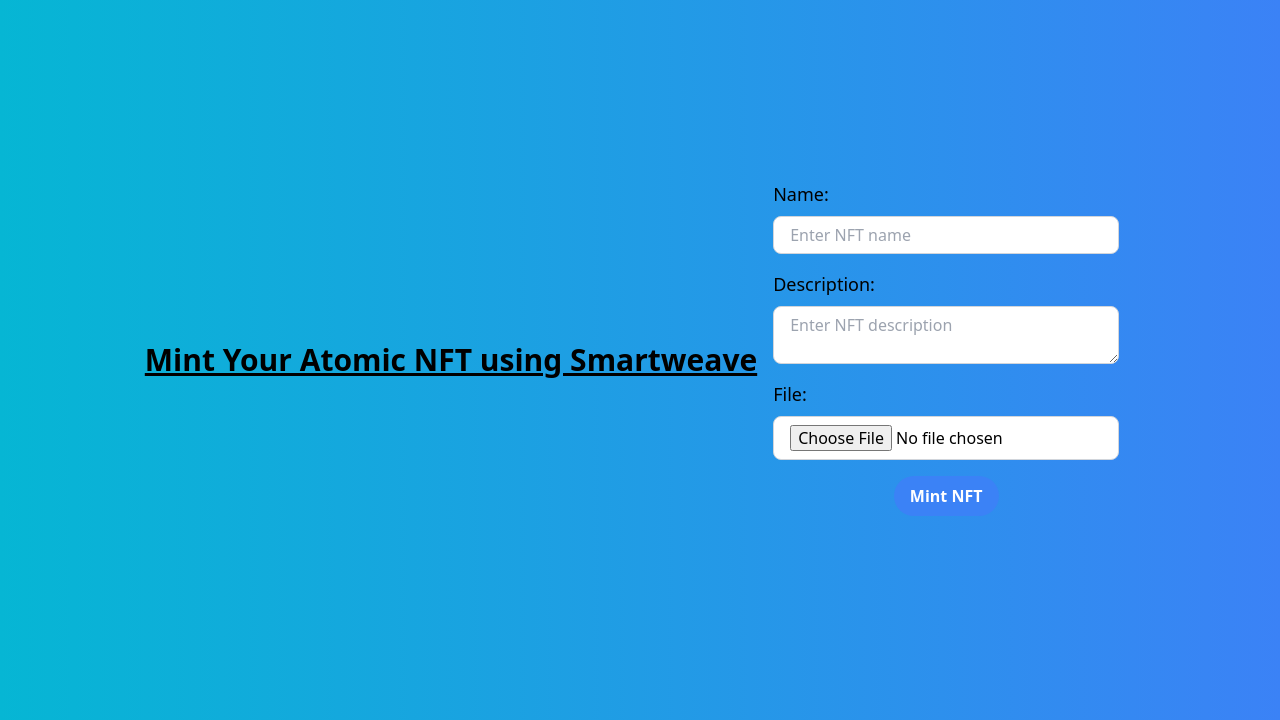
Repository: pawelpiwowarski/arweave-nft
Page: /
An editor plug-in stored every save of this project. The page is shown before and after a run of saves, followed by the edit.
The browser window is 1280 px wide. The pictures show the whole page.
The project was rebuilt for these pictures with package versions that can differ from the ones it lists, and the page was loaded fresh each time. The framework's server and built-in components were replaced by stand-ins that run in the browser.

Above is the page before, as saved 2023-01-30 14:54:49.

After the next 2 saves:
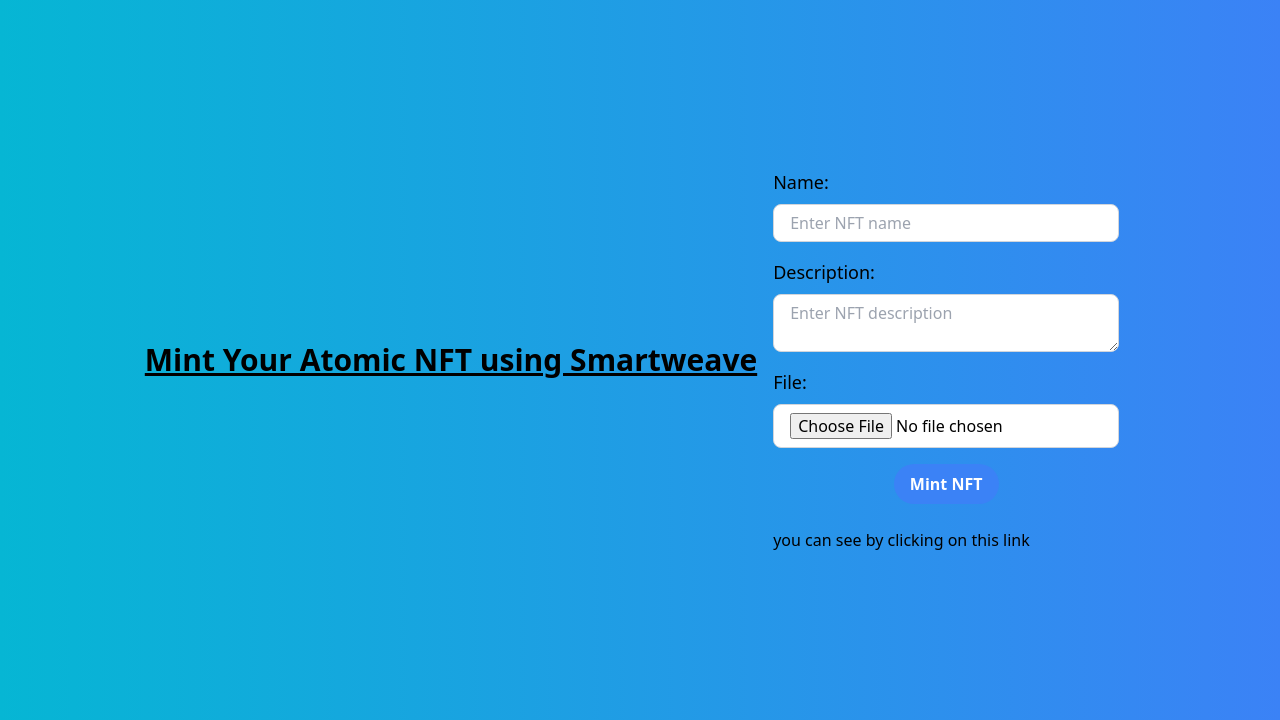
The 2 saves are shown as one change because 1 did not build or start.
The last was saved 56 s later.
--- a/pages/index.tsx
+++ b/pages/index.tsx
@@ -87,7 +87,7 @@
   </div>
 
   <div className="flex flex-col m-4">
-    <p className="text-lg font-medium mb-2" > {respoonse && "Your Atomic NFT has been sucessfully minted on the Arweave blockchain you can see by clicking on this link"} <a target="_blank" href={respoonse}> {respoonse}</a></p>
+    <p className="text-lg font-medium mb-2" > {respoonse && "Your Atomic NFT has been sucessfully minted on the Arweave blockchain"}</p>  <p> {"you can see by clicking on this link"} <a target="_blank" href={respoonse}> {respoonse}</a></p>
   </div>
 
 

After the save that followed:
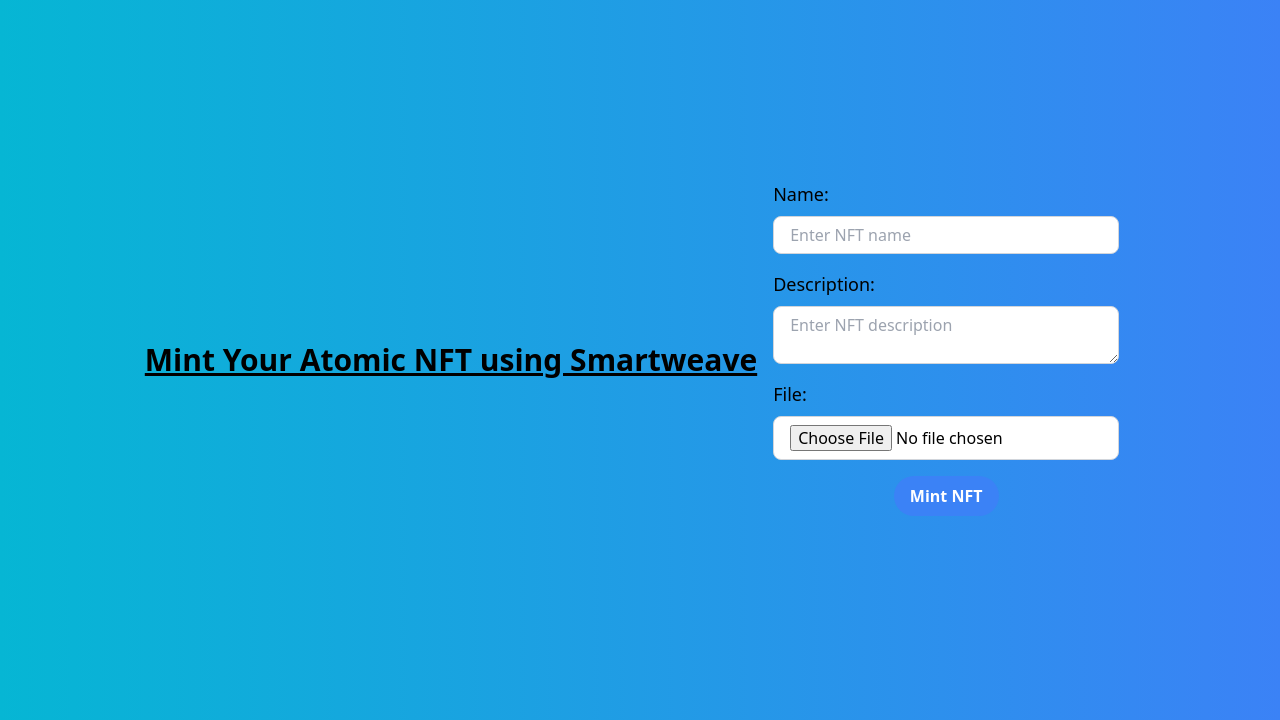
Saved 18 s later.
--- a/pages/index.tsx
+++ b/pages/index.tsx
@@ -87,7 +87,7 @@
   </div>
 
   <div className="flex flex-col m-4">
-    <p className="text-lg font-medium mb-2" > {respoonse && "Your Atomic NFT has been sucessfully minted on the Arweave blockchain"}</p>  <p> {"you can see by clicking on this link"} <a target="_blank" href={respoonse}> {respoonse}</a></p>
+    <p className="text-lg font-medium mb-2" > {respoonse && "Your Atomic NFT has been sucessfully minted on the Arweave blockchain \n you can see by clicking on this link"} <a target="_blank" href={respoonse}> {respoonse}</a></p>
   </div>
 
 
